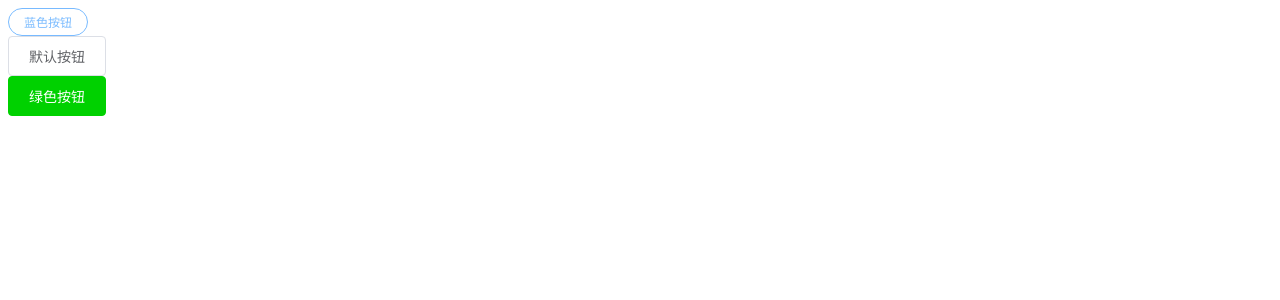
Repository: Cherry-pan/component-packing
Page: /
The author's editor kept a copy of each file at every save. The page is drawn from the files as they stood at one save, then again after the next save.
The browser window is 1280 px wide. The pictures show the whole page.
The project was rebuilt for these pictures with package versions that can differ from the ones it lists, and the page was loaded fresh each time. Also part of the build but not shown: vue.config.js.

Above is the page before, as saved 2022-04-30 14:26:51.

After the next save:
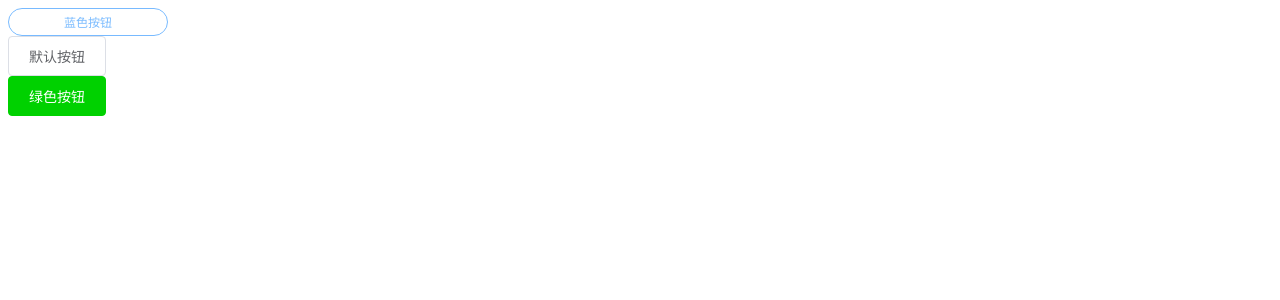
Saved 13 min 28 s later.
--- a/src/components/Home.vue
+++ b/src/components/Home.vue
@@ -1,6 +1,6 @@
 <template>
   <div>
-    <AButton type="primary" border round disabled size="mini">
+    <AButton type="primary" border round disabled size="mini" minWidth="160px">
       蓝色按钮
     </AButton>
     <AButton>
--- a/src/components/button/Button.vue
+++ b/src/components/button/Button.vue
@@ -4,6 +4,7 @@
       :class="[theme, isBorder, isRound,specifications]"
       :disabled="disabled"
       class="a-button"
+      :style="[minWidthCss]"
     >
       <slot></slot>
     </button>
@@ -28,6 +29,10 @@ export default {
     size:{
         type:String,
         default:""
+    },
+    minWidth:{
+        type:String,
+        default:""
     }
   },
   computed: {
@@ -46,6 +51,10 @@ export default {
     },
     specifications(){
         return this.size?`a-button-${this.size}`:''
+    },
+    minWidthCss(){
+        if(!this.minWidth){return ""}
+        return {"min-width":this.minWidth}
     }
   },
   data() {
